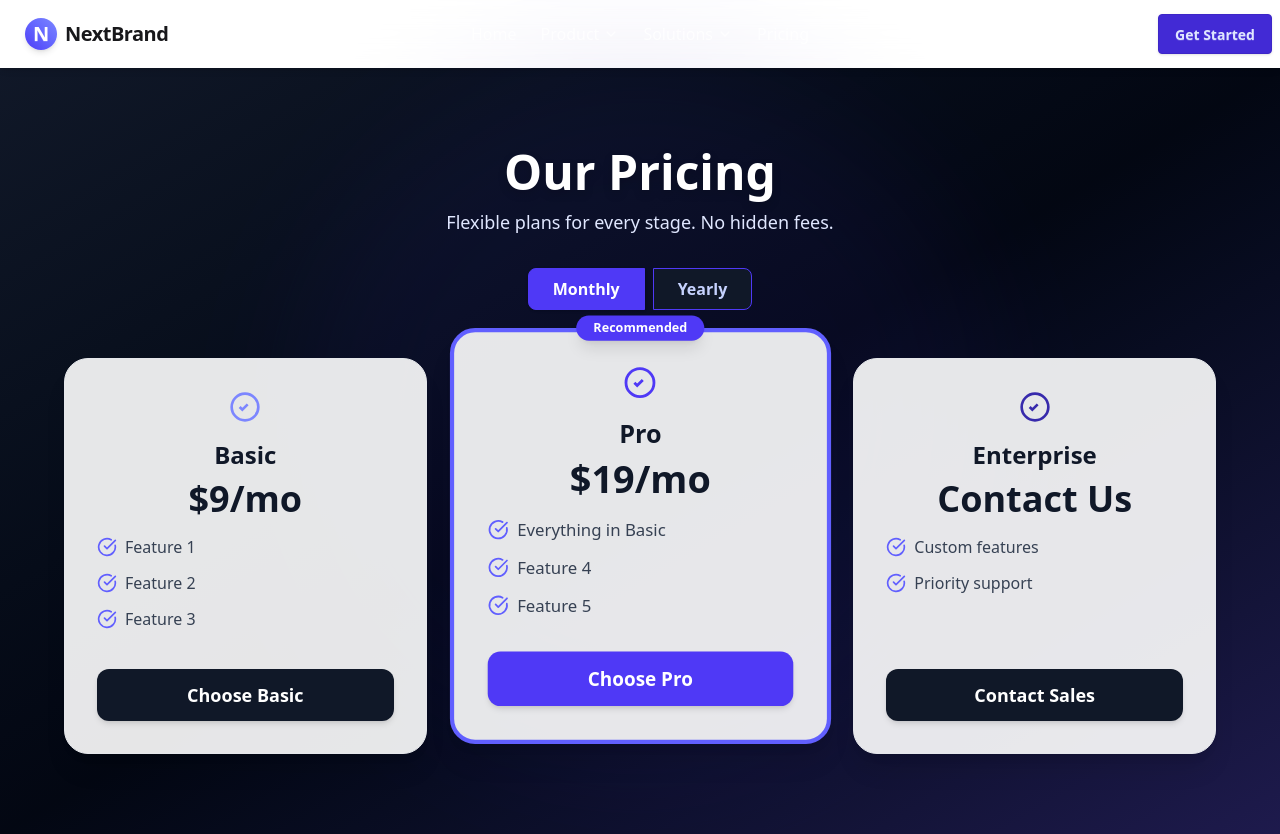
Repository: Chiranshukapil/Next_Brand
Page: /pricing
An editor plug-in stored every save of this project. The page is shown before and after the next save, followed by the edit.
The browser window is 1280 px wide. The pictures show the whole page.
The project was rebuilt for these pictures with package versions that can differ from the ones it lists, and the page was loaded fresh each time. Also part of the build but not shown: vite.config.js.

Above is the page before, as saved 2025-06-18 11:43:16.

After the next save:
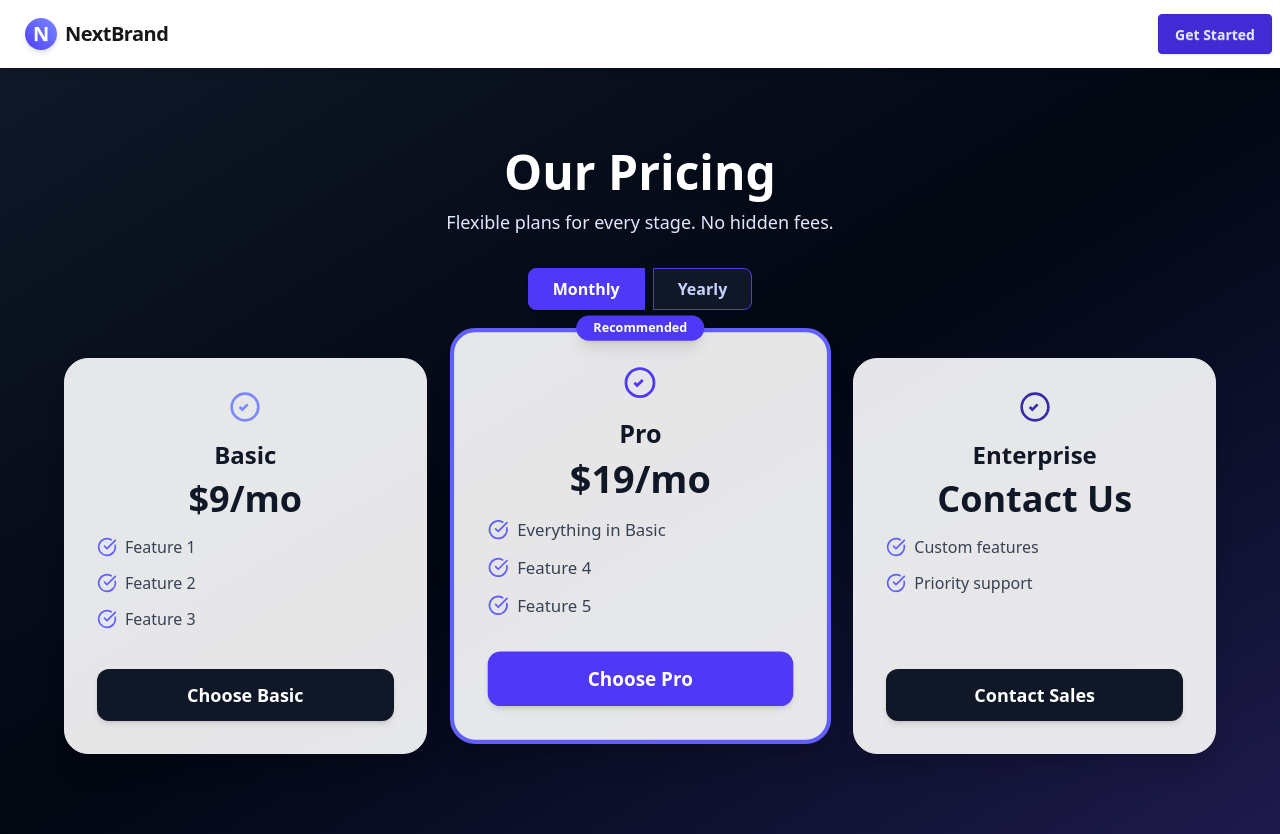
Saved 22 s later.
--- a/src/Components/PricingSection.jsx
+++ b/src/Components/PricingSection.jsx
@@ -41,7 +41,7 @@
   return (
     <section className="relative py-20 px-4 md:px-0 bg-gradient-to-br from-gray-900 via-gray-950 to-indigo-950 min-h-[100vh]">
       {/* Decorative background shapes */}
-      <div className="absolute top-0 left-1/2 -translate-x-1/2 w-[700px] h-[700px] rounded-full bg-indigo-800 opacity-10 blur-3xl pointer-events-none"></div>
+      {/* <div className="absolute top-0 left-1/2 -translate-x-1/2 w-[700px] h-[700px] rounded-full bg-indigo-800 opacity-10 blur-3xl pointer-events-none"></div> */}
       <div className="relative z-10 max-w-6xl mx-auto">
         <h2 className="text-4xl md:text-5xl font-extrabold text-center mb-3 text-white drop-shadow-lg">Our Pricing</h2>
         <p className="text-center text-indigo-100 mb-8 text-lg">Flexible plans for every stage. No hidden fees.</p>

After the save that followed:
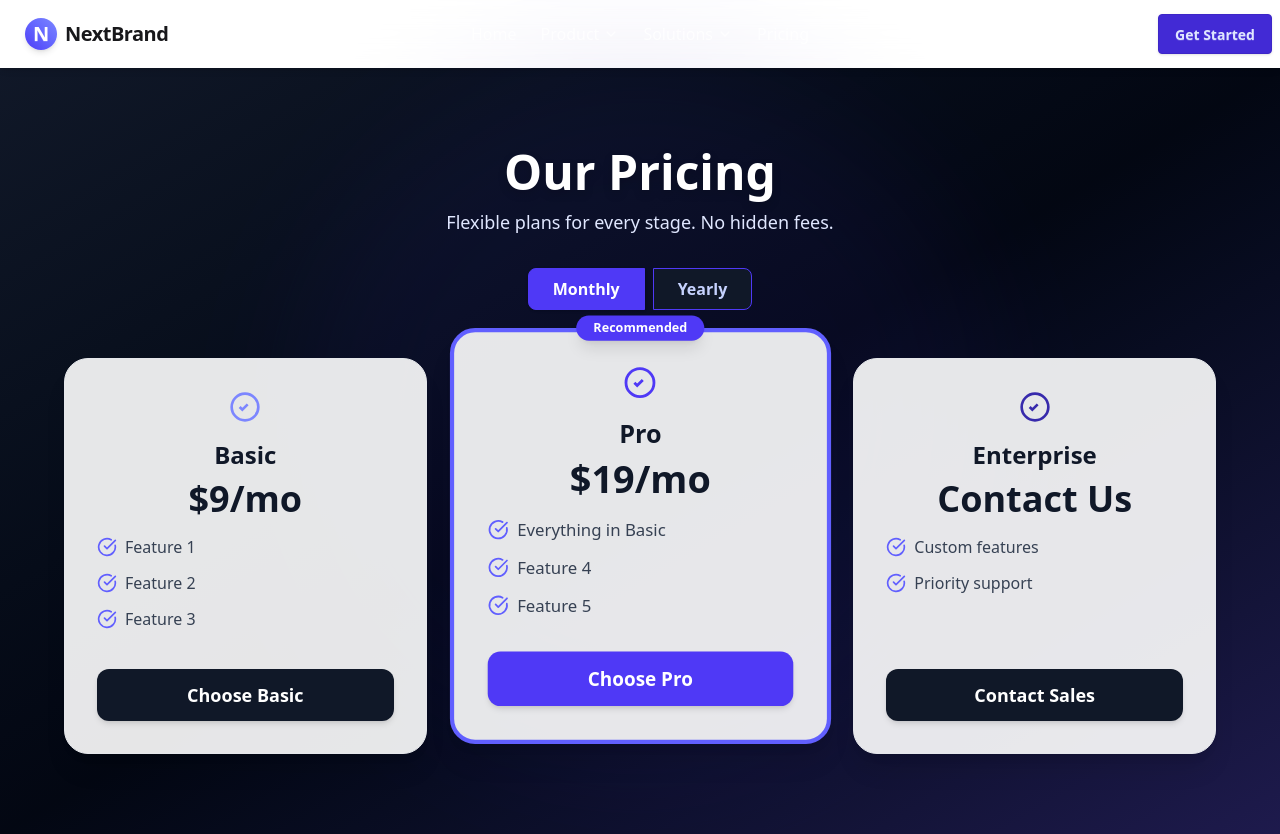
Saved 5 s later.
--- a/src/Components/PricingSection.jsx
+++ b/src/Components/PricingSection.jsx
@@ -41,7 +41,7 @@
   return (
     <section className="relative py-20 px-4 md:px-0 bg-gradient-to-br from-gray-900 via-gray-950 to-indigo-950 min-h-[100vh]">
       {/* Decorative background shapes */}
-      {/* <div className="absolute top-0 left-1/2 -translate-x-1/2 w-[700px] h-[700px] rounded-full bg-indigo-800 opacity-10 blur-3xl pointer-events-none"></div> */}
+      <div className="absolute top-0 left-1/2 -translate-x-1/2 w-[700px] h-[700px] rounded-full bg-indigo-800 opacity-10 blur-3xl pointer-events-none"></div>
       <div className="relative z-10 max-w-6xl mx-auto">
         <h2 className="text-4xl md:text-5xl font-extrabold text-center mb-3 text-white drop-shadow-lg">Our Pricing</h2>
         <p className="text-center text-indigo-100 mb-8 text-lg">Flexible plans for every stage. No hidden fees.</p>
